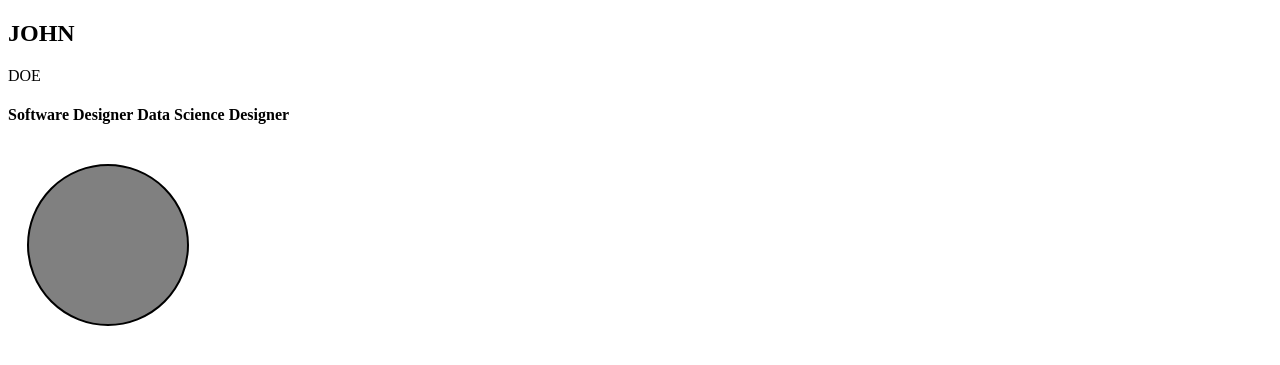
Repository: mrjayajay/week-1-code-challenges
Page: nasir/index.html
These files come from the project's save history. The page is drawn as it stood at one moment and after the next save; the edit follows.
The browser window is 1280 px wide. The pictures show the whole page.

Above is the page before, as saved 2024-03-07 19:14:41.

### nasir/index.html
<!DOCTYPE html>
<html lang="en">
<head>
    <meta charset="UTF-8">
    <meta name="viewport" content="width=device-width, initial-scale=1.0">
    <title>Assignment</title>
</head>
<body>
    <h2>JOHN</h2>
    <h1h2>DOE</h2>
    <h4>Software Designer     Data Science     Designer</h4>
    <svg width="200" height="200">
     <circle cx="100" cy="100" r="80" fill="grey" stroke="black" stroke-width="2"/></svg>
</body>
</html>

After the next save:
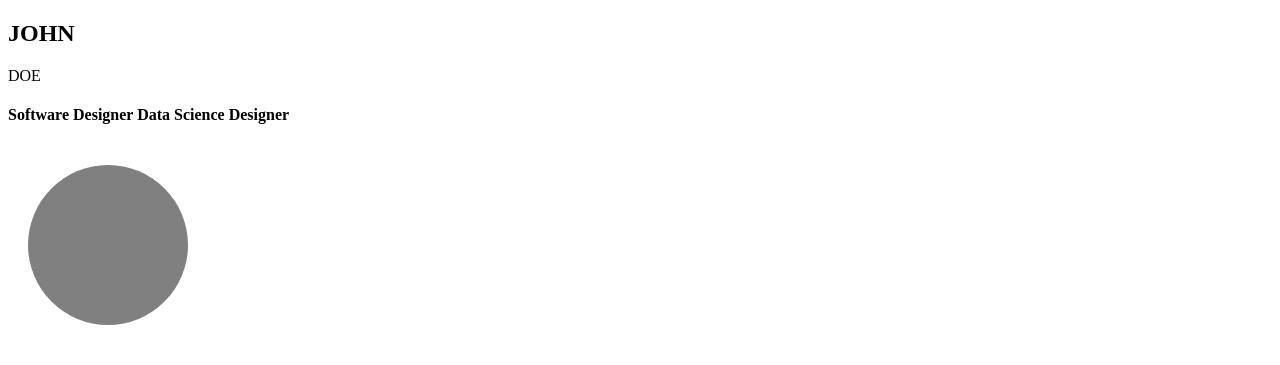
Saved 36 s later.
--- a/nasir/index.html
+++ b/nasir/index.html
@@ -10,6 +10,6 @@
     <h1h2>DOE</h2>
     <h4>Software Designer     Data Science     Designer</h4>
     <svg width="200" height="200">
-     <circle cx="100" cy="100" r="80" fill="grey" stroke="black" stroke-width="2"/></svg>
+     <circle cx="100" cy="100" r="80" fill="grey" stroke="black" stroke-width="0"/></svg>
 </body>
 </html>
